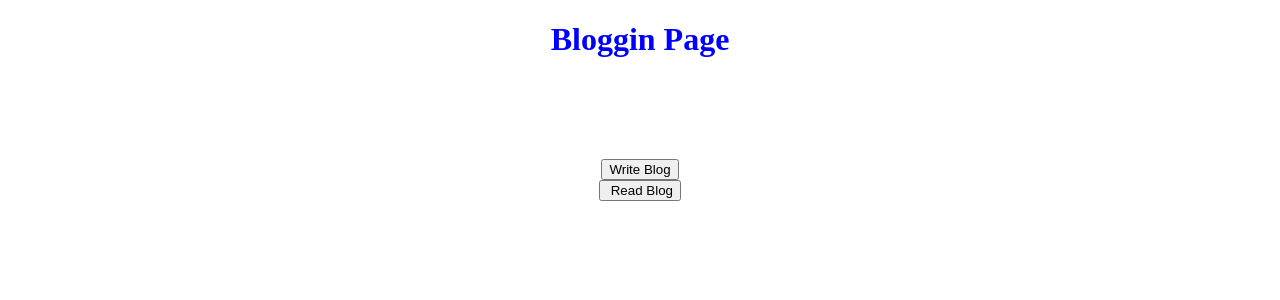
Repository: choubeyshubham018/CompleteJavaQuestions
Page: http://localhost/Ques_17_ServletBlogApplication/
An editor plug-in stored every save of this project. The page is shown before and after the next save, followed by the edit.
The browser window is 1280 px wide. The pictures show the whole page.
The page is served by Tomcat 9.

Above is the page before, as saved 2023-09-19 06:25:12.

After the next save:
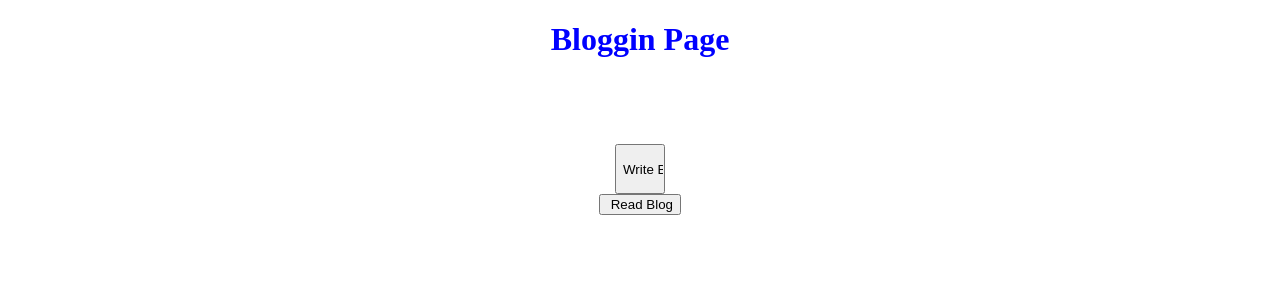
Saved 104 s later.
--- a/Servlet Assignment/Ques_17_ServletBlogApplication/src/main/webapp/index.jsp
+++ b/Servlet Assignment/Ques_17_ServletBlogApplication/src/main/webapp/index.jsp
@@ -11,7 +11,7 @@
 <h1 style="text-align: center; color: blue;">Bloggin Page</h1>
 <div style="display: flex; justify-content: center; height: 200px; flex-direction: column;align-items: center;">
 <form action="./blog & s1=save %">
-<input type="submit" value="Write Blog" style="size: 100px;">
+<input type="submit" value="Write Blog" style="height: 50px;width: 50px;">
 </form>
 <form action="./blog & s1=write %">
 <input type="submit" value=" Read Blog">
